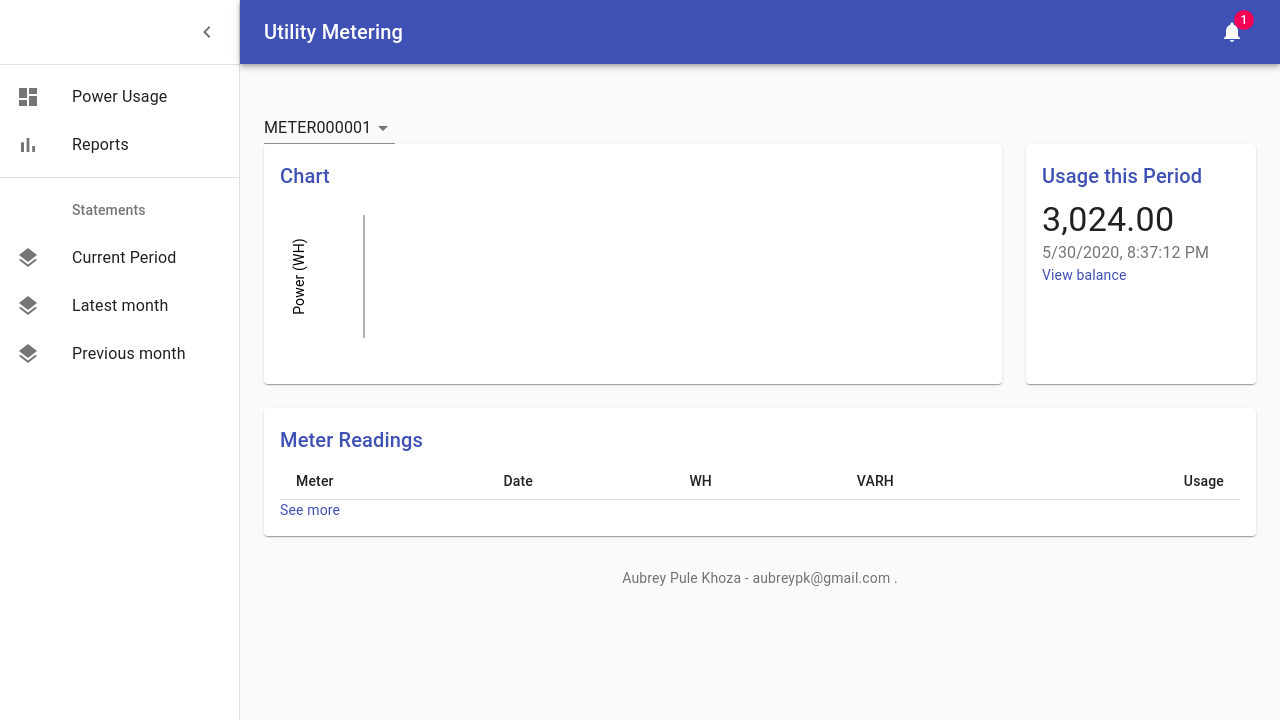
Repository: aubreypk/utilities-metering
Page: / (app in utilities-metering-app/)
The author's editor kept a copy of each file at every save. The page is drawn from the files as they stood at one save, then again after a run of saves.
The browser window is 1280 px wide. The pictures show the whole page.
The page's requests for data from a server got no answer. The project was rebuilt for these pictures with package versions that can differ from the ones it lists, and the page was loaded fresh each time. No one was signed in, and anything a server would have sent is missing. Also part of the build but not shown: utilities-metering-app/src/App.css.

Above is the page before, as saved 2020-06-01 10:33:10.

After the next 2 saves:
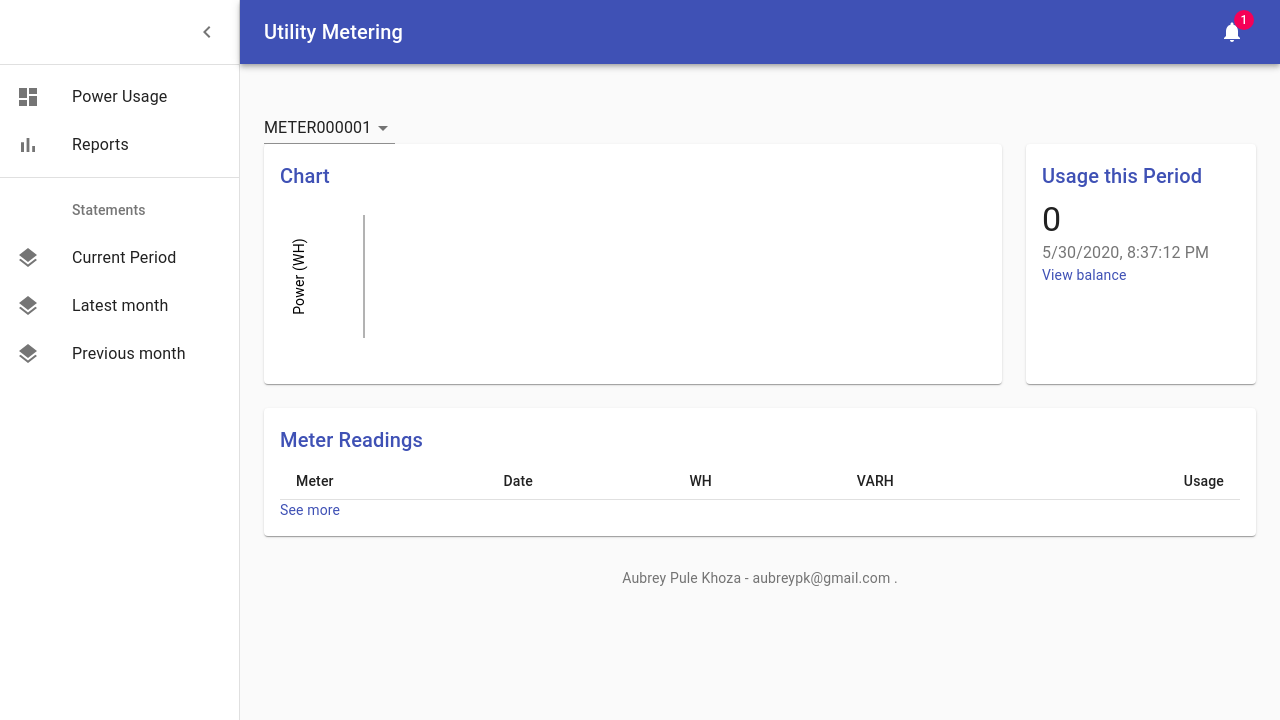
The 2 saves are shown as one change because 1 did not build or start.
The last was saved 4 min 14 s later.
--- a/utilities-metering-app/src/components/TotalPower.js
+++ b/utilities-metering-app/src/components/TotalPower.js
@@ -21,6 +21,7 @@ export default class TotalPower extends Component {
     super(props)
     this.state = {
       readings: [],
+      total: 0,
       curTime : new Date().toLocaleString()
     };
   }
@@ -32,13 +33,14 @@ export default class TotalPower extends Component {
         this.setState({
           readings: res.data
         });
+        total = this.getTotal(res.data);
       })
       .catch((error) => {
         console.log(error);
       })
   }
 
-  getTotal()
+  getTotal(readings)
   {
     let lastReading = this.readings[0];
     let firstReading = this.readings[this.readings.length - 1];
@@ -52,7 +54,7 @@ export default class TotalPower extends Component {
     <React.Fragment>
       <Header>Usage this Period</Header>
       <Typography component="p" variant="h4">
-        3,024.00
+      {this.state.total}
       </Typography>
       <Typography color="textSecondary" >
         {this.state.curTime}
